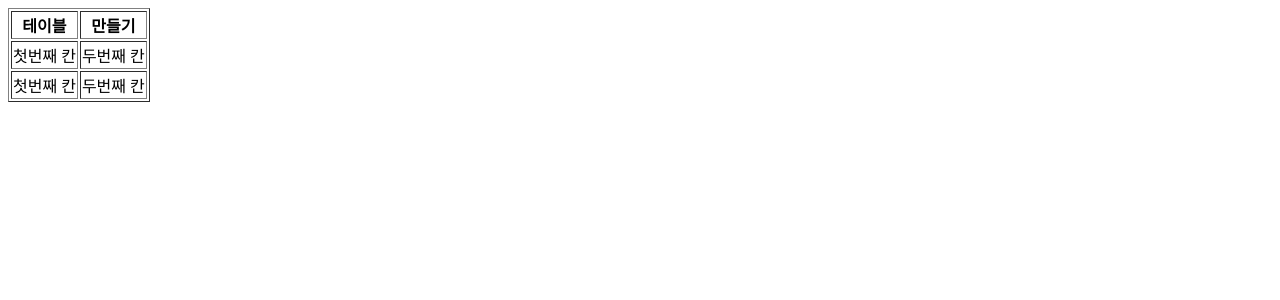
Repository: Cha-Ji/InternetProgramming
Page: week01/WebContent/hw04.html
These files come from the project's save history. The page is drawn as it stood at one moment and after the next save; the edit follows.
The browser window is 1280 px wide. The pictures show the whole page.

Above is the page before, as saved 2020-09-06 12:56:07.

After the next save:
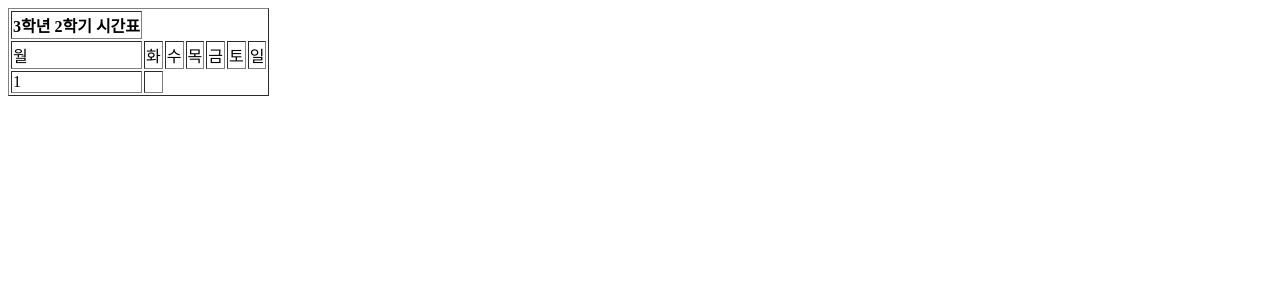
Saved 5 min 1 s later.
--- a/week01/WebContent/hw04.html
+++ b/week01/WebContent/hw04.html
@@ -6,15 +6,13 @@
 </head>
 <body>
 	<table border="1">
-	<th>테이블</th>
-	<th>만들기</th>
+	<th>3학년 2학기 시간표</th>
 	<tr><!-- 첫번째 줄 시작 -->
-	    <td>첫번째 칸</td>
-	    <td>두번째 칸</td>
+	    <td>월</td><td>화</td><td>수</td><td>목</td><td>금</td><td>토</td><td>일</td>
 	</tr><!-- 첫번째 줄 끝 -->
 	<tr><!-- 두번째 줄 시작 -->
-	    <td>첫번째 칸</td>
-	    <td>두번째 칸</td>
+	    <td>1</td>
+	    <td></td>
 	</tr><!-- 두번째 줄 끝 -->
     </table>
 </body>
